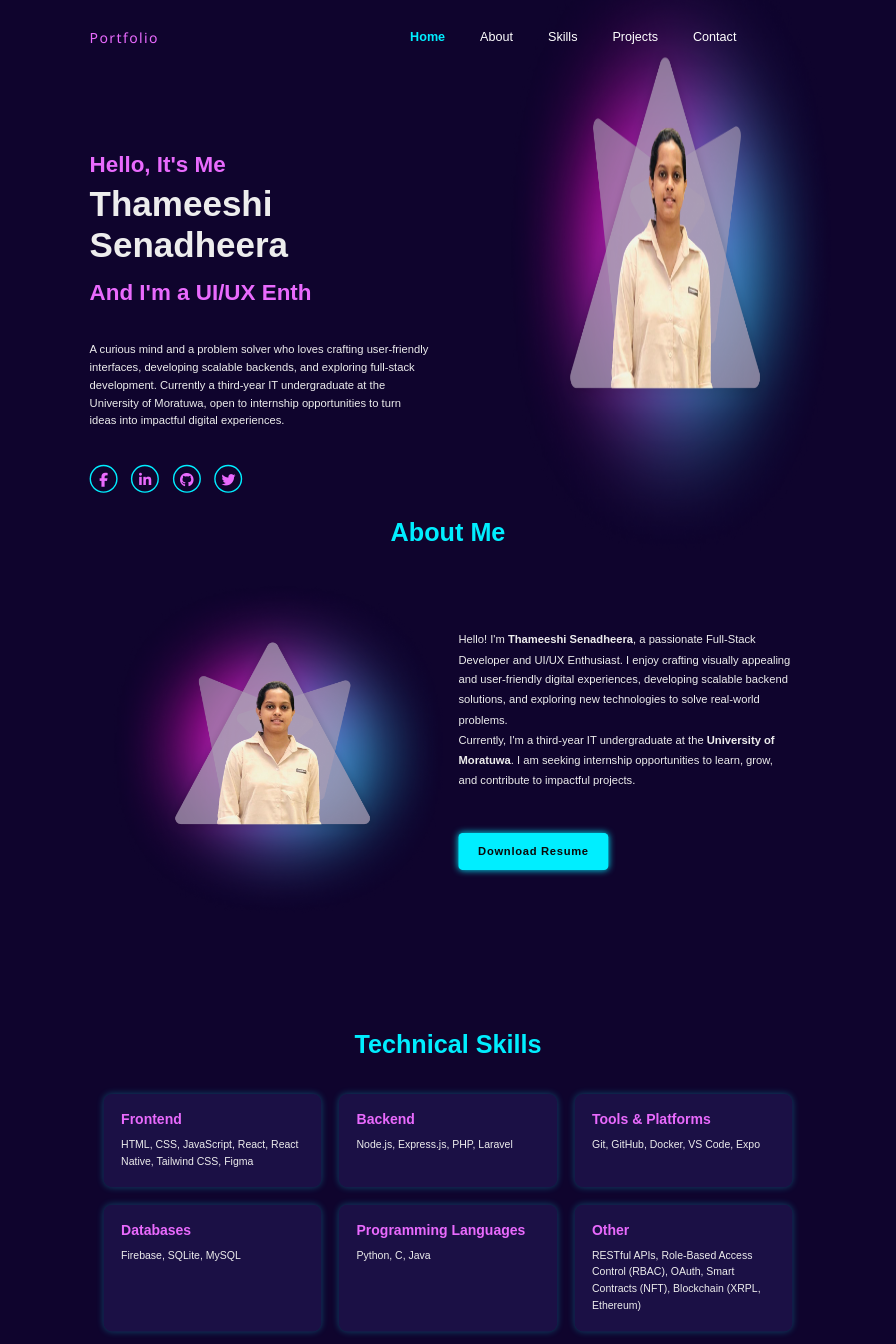
Repository: Thameeshi/portfolio-website
Page: http://localhost/
The author's editor kept a copy of each file at every save. The page is drawn from the files as they stood at one save, then again after the next save.
The browser window is 1280 px wide. The pictures show the part of the page from y = 0 to 1920 px (the page is 3616 px tall), at 70% of full size.
Some web libraries are served in a nearby version. The page is served by the project's Node server (server.js).

Above is the page before, as saved 2025-09-10 11:05:32.

After the next save:
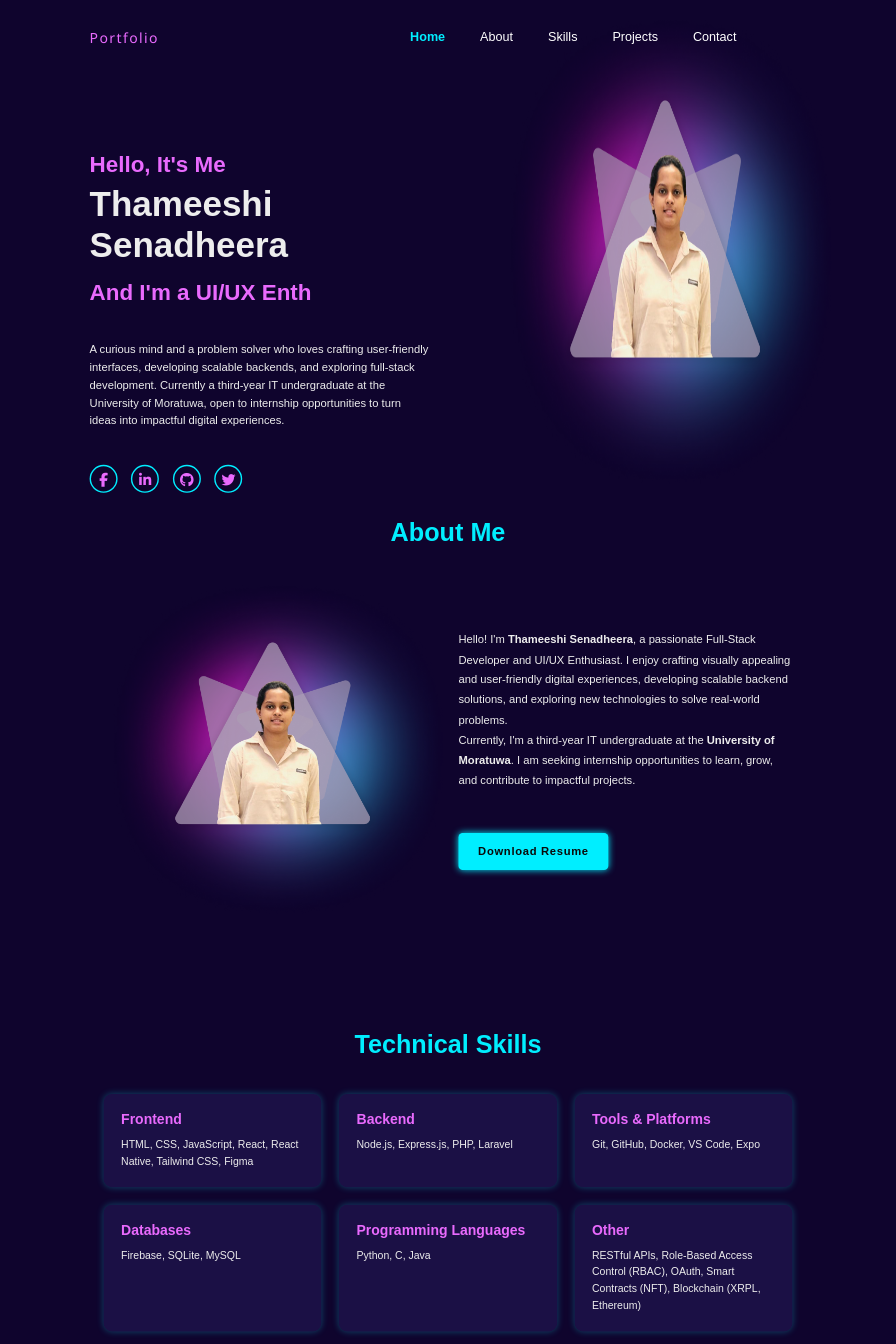
Saved 21 s later.
--- a/public/css/style.css
+++ b/public/css/style.css
@@ -136,7 +136,7 @@ body {
 }
 .image img {
     width: 1000px;
-    height: 900px;
+    height: 700px;
     margin-left: 50px;
 }
 
